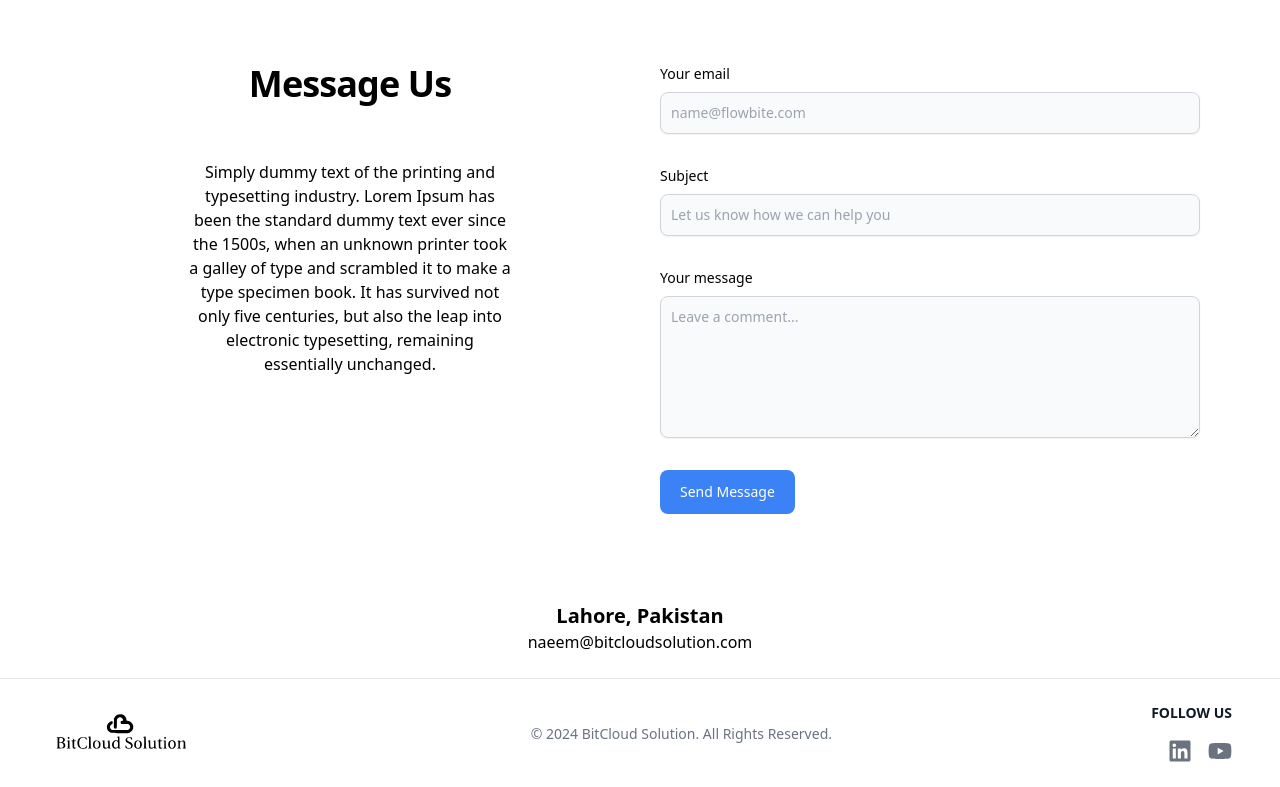
Repository: huzaifaBitCloud/BitCloud-website
Page: /contact
The author's editor kept a copy of each file at every save. The page is drawn from the files as they stood at one save, then again after the next save.
The browser window is 1280 px wide. The pictures show the part of the page from y = 720 to 1507 px (the page is 1507 px tall).
The project was rebuilt for these pictures with package versions that can differ from the ones it lists, and the page was loaded fresh each time. The framework's server and built-in components were replaced by stand-ins that run in the browser. Also part of the build but not shown: next.config.mjs.

Above is the page before, as saved 2025-01-16 11:50:43.

After the next save:
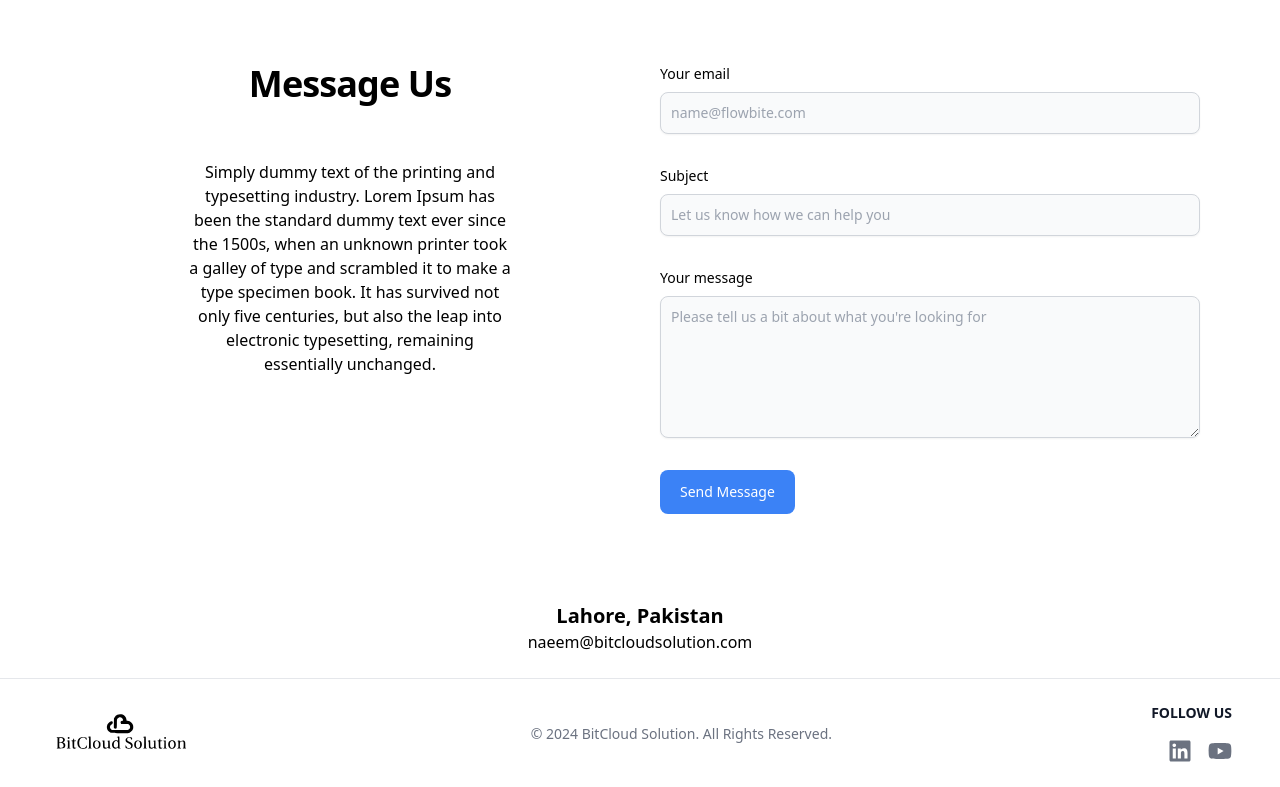
Saved 2 min 45 s later.
--- a/src/components/Contact.tsx
+++ b/src/components/Contact.tsx
@@ -357,7 +357,7 @@
                 id="message"
                 rows={6}
                 className="shadow-sm bg-gray-50 border border-gray-300 text-gray-900 text-sm rounded-lg focus:ring-primary-500 focus:border-primary-500 block w-full p-2.5"
-                placeholder="Leave a comment..."
+                placeholder="Please tell us a bit about what you're looking for"
                 value={message}
                 onChange={(e) => setMessage(e.target.value)}
               ></textarea>
